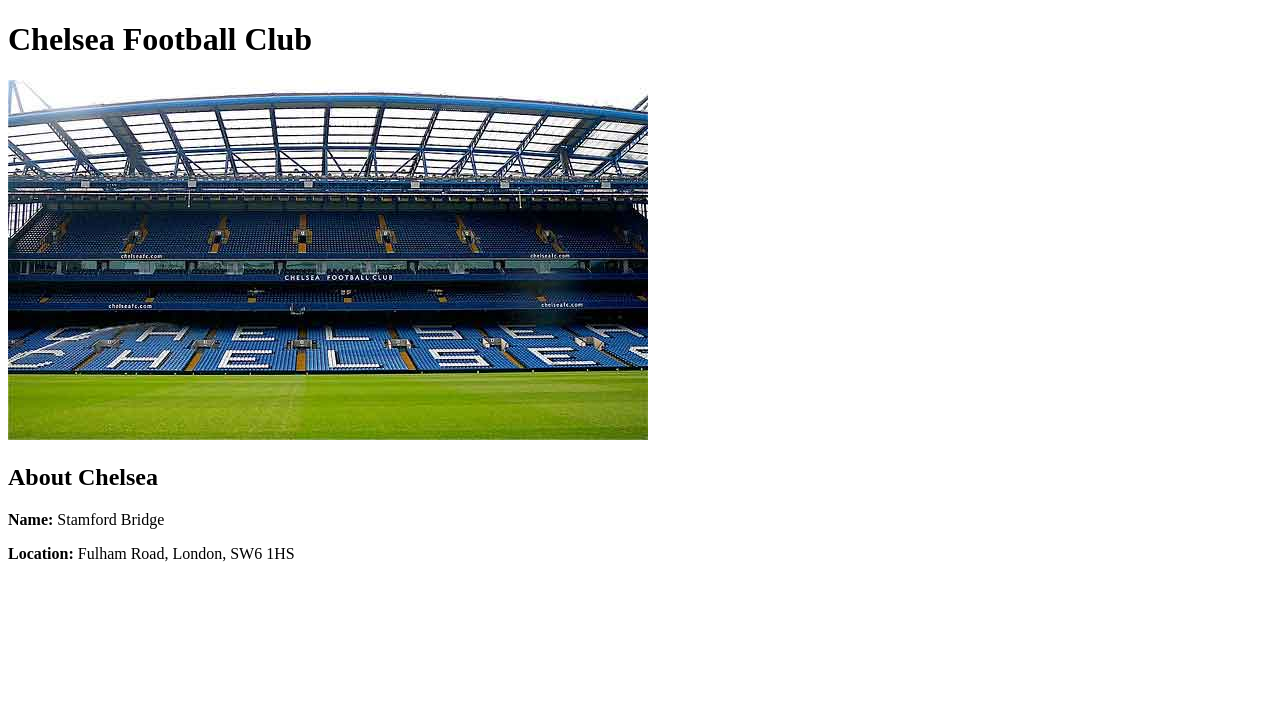
Repository: EguJaredoBoyd/wdd131
Page: place..html
The author's editor kept a copy of each file at every save. The page is drawn from the files as they stood at one save, then again after the next save.
The browser window is 1280 px wide. The pictures show the whole page.
Some web libraries are served in a nearby version.

Above is the page before, as saved 2025-05-23 14:58:07.

### place..html
<!DOCTYPE html>
<html lang="en">

<head>
    <meta charset="UTF-8">
    <meta name="viewport" content="width=device-width, initial-scale=1.0">
    <meta name="description" content="A simple responsive webpage that shows a gallery picture of different temples">
    <meta name="author" content="Egu Chidiebere Jared">
    <title>WDD131 - Chelsea Football Club - Egu Chidiebere Jared</title>
    <link rel="preconnect" href="https://fonts.googleapis.com">
    <link rel="preconnect" href="https://fonts.gstatic.com" crossorigin>
    <link href="https://fonts.googleapis.com/css2?family=Quicksand:wght@300..700&display=swap" rel="stylesheet">
    <link rel="stylesheet" href="https://cdn.jsdelivr.net/npm/remixicon@4.6.0/fonts/remixicon.min.css">
    <link rel="stylesheet" href="./styles/place.css">
    <link rel="stylesheet" href="./styles/place-large.css">
    <script src="./scripts/place.js" defer></script>
</head>
<body>
    <header>
        <h1>Chelsea Football Club</h1>
    </header>
    <main>
        <div>
            <picture>
                <source media="(max-width 768px)" srcset="./images/stanford-mobile-size.webp" sizes="100vw">
                <source media="(min-width: 769px)" srcset="./images/stanford-bridge.webp" sizes="100vw">
                <img src="./images/stanford-mobile-size.webp" alt="stamford bridge">
            </picture>
        </div>
        <section>
            <h2>About Chelsea</h2>
            <p><strong>Name: </strong> Stamford Bridge</p>
            <p><strong>Location: </strong>Fulham Road, London, SW6 1HS</p>
        </section>
    </main>
    <footer></footer>

</body>
</html>

Loaded but not shown: styles/place.css (no stored copy; drawn as an empty file); styles/place-large.css (no stored copy; drawn as an empty file); scripts/place.js (no stored copy; drawn as an empty file)

After the next save:
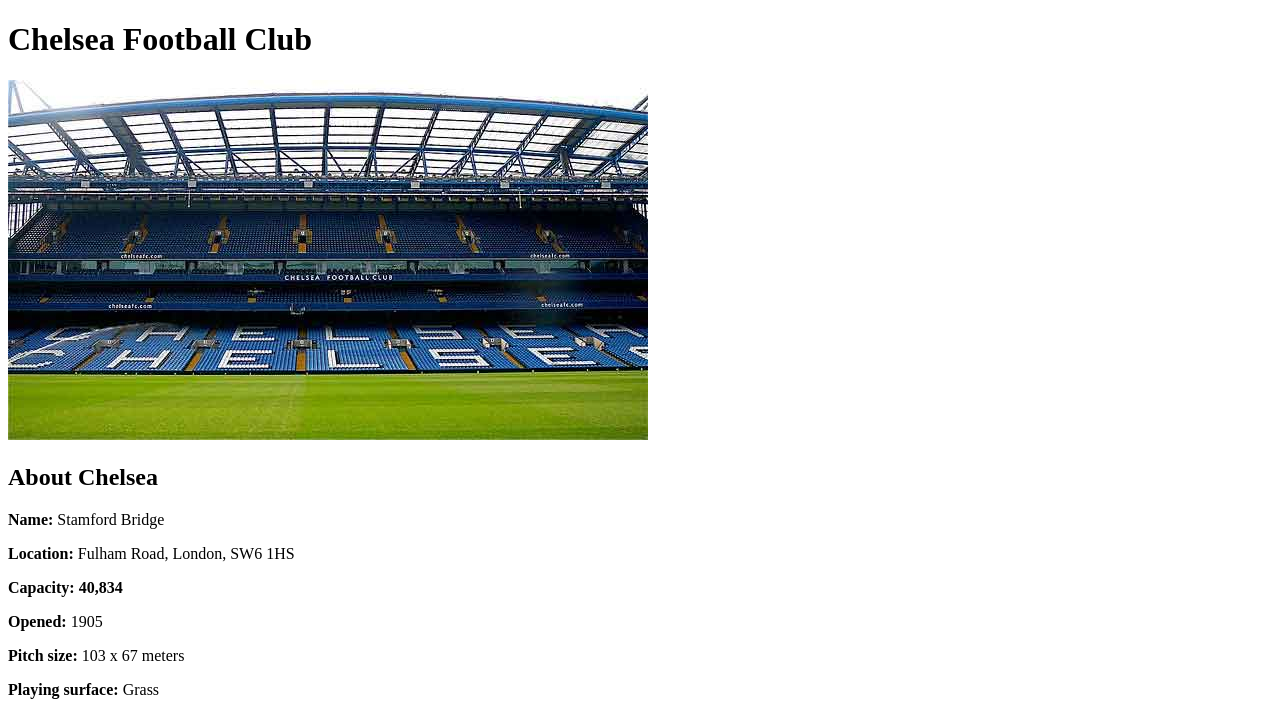
Saved 2 min 50 s later.
--- a/place..html
+++ b/place..html
@@ -31,6 +31,10 @@
             <h2>About Chelsea</h2>
             <p><strong>Name: </strong> Stamford Bridge</p>
             <p><strong>Location: </strong>Fulham Road, London, SW6 1HS</p>
+            <p><strong>Capacity: 40,834</strong></p>
+            <p><strong>Opened: </strong>1905</p>
+            <p><strong>Pitch size: </strong>103 x 67 meters</p>
+            <p><strong>Playing surface: </strong>Grass</p>
         </section>
     </main>
     <footer></footer>
